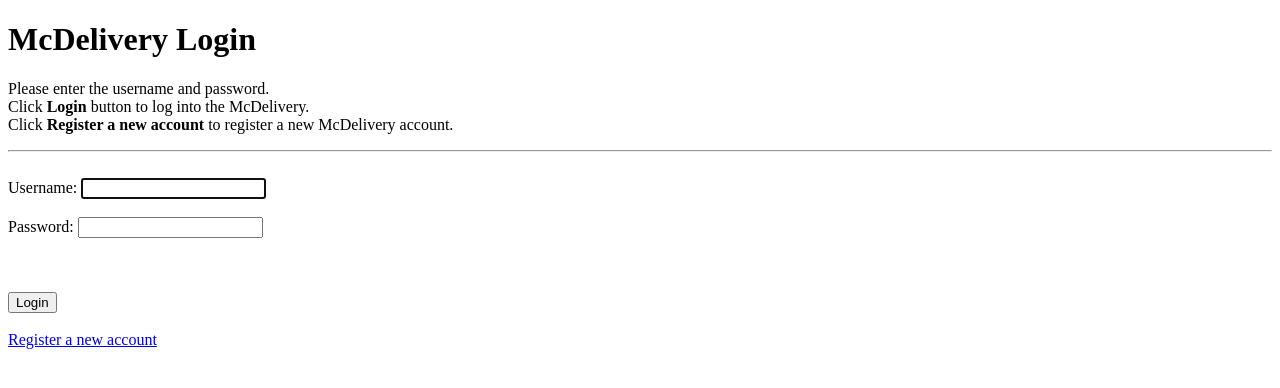
Repository: Jeck97/Mcdonald-Delivery-System
Page: http://localhost/McDelivery/reloadMcWallet/reloadMcWalletForm.jsp
These files come from the project's save history. The page is drawn as it stood at one moment and after the next save; the edit follows.
The browser window is 1280 px wide. The pictures show the whole page.
The page is served by Tomcat 9.

Above is the page before, as saved 2020-07-12 16:24:52.

After the next save:
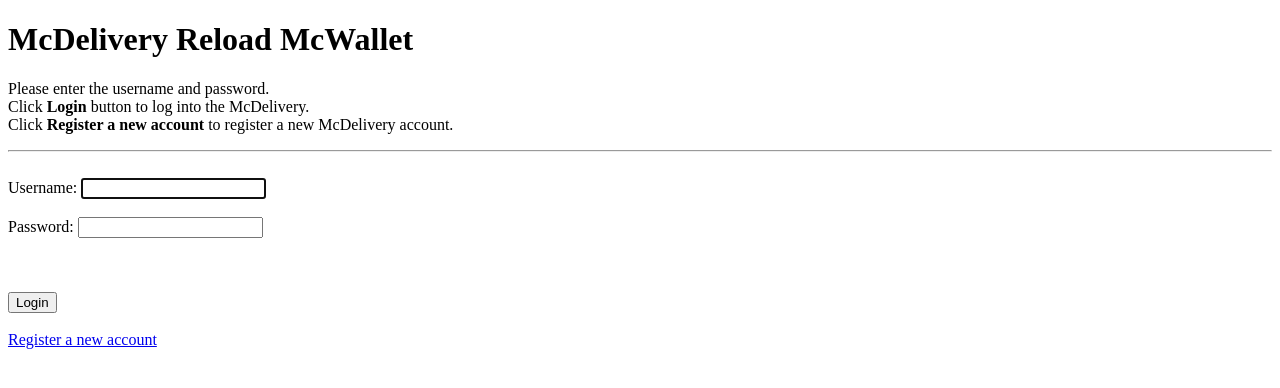
Saved 12 s later.
--- a/McDelivery/WebContent/reloadMcWallet/reloadMcWalletForm.jsp
+++ b/McDelivery/WebContent/reloadMcWallet/reloadMcWalletForm.jsp
@@ -8,7 +8,7 @@
 </head>
 <body>
 
-	<h1>McDelivery Login</h1>
+	<h1>McDelivery Reload McWallet</h1>
 
 	<p>
 		Please enter the username and password.<br>
